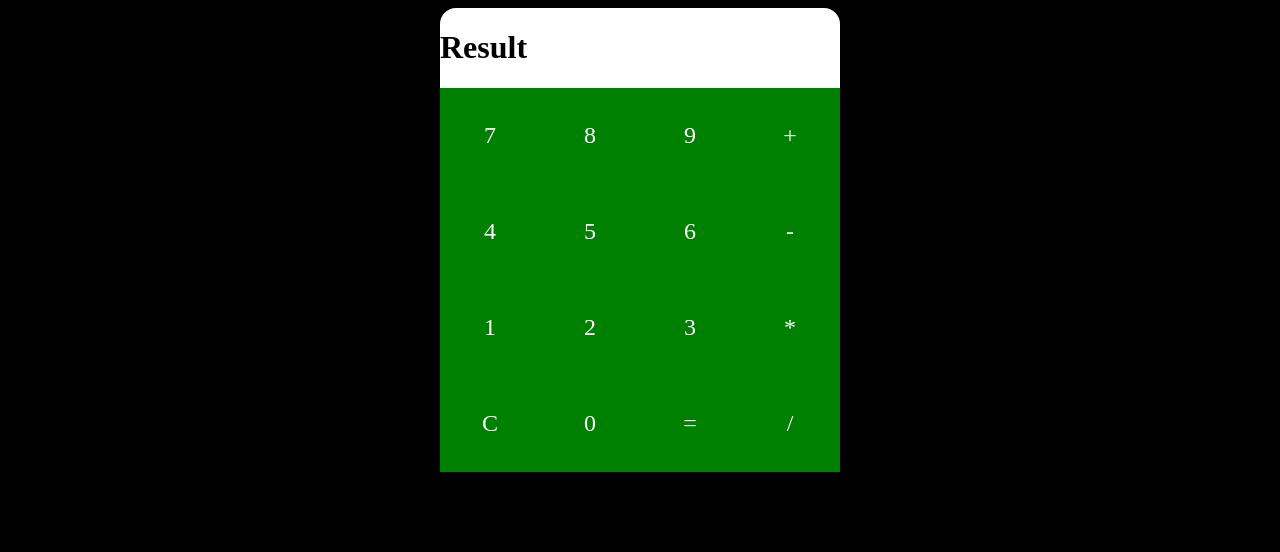
Repository: rajratangm/xcalculator
Page: /
The author's editor kept a copy of each file at every save. The page is drawn from the files as they stood at one save, then again after the next save.
The browser window is 1280 px wide. The pictures show the whole page.
The project was rebuilt for these pictures with package versions that can differ from the ones it lists, and the page was loaded fresh each time. Also part of the build but not shown: vite.config.js.

Above is the page before, as saved 2024-04-02 19:09:00.

After the next save:
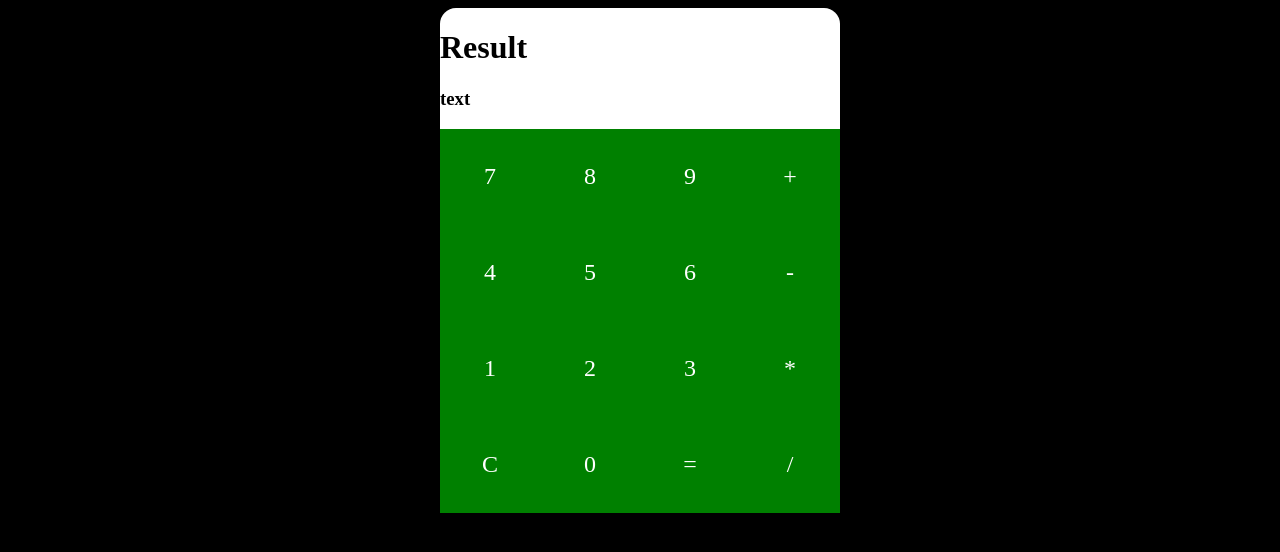
Saved 12 s later.
--- a/src/Component/Input/Input.jsx
+++ b/src/Component/Input/Input.jsx
@@ -8,7 +8,7 @@ const Input=()=>{
             <h1>Result</h1>
         </div>
         <div className='text'>
-
+            <h3> text</h3>
         </div>
     </div>
 }
